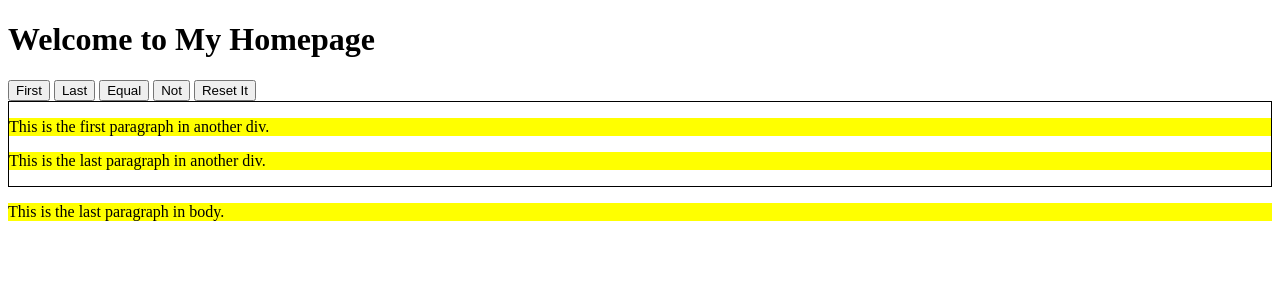
Repository: sudheerj/jQuery
Page: jQueryExamples/chapter03/Filtering.html
An editor plug-in stored every save of this project. The page is shown before and after a run of saves, followed by the edit.
The browser window is 1280 px wide. The pictures show the whole page.

Above is the page before, as saved 2016-10-21 03:50:47.

### jQueryExamples/chapter03/Filtering.html
<!DOCTYPE html>
<head>
	<title>jQuery Descendants</title>
	<script type="text/javascript" src="..\jquery\jquery-3.1.1.min.js"></script>

	<script>
		$(document).ready(function() {
			$("div p").first().css("background-color", "yellow");
			$("div p").last().css("background-color", "yellow");
			$("p").eq(1).css("background-color", "yellow");
			$("p").not(".intro").css("background-color", "yellow");
			$("#reset").click(function() {
				location.reload();
			});

		});
	</script>
</head>
<body>

	<h1>Welcome to My Homepage</h1>

	<button id="button1">
		First
	</button>
	<button id="button2">
		Last
	</button>
	<button id="button3">
		Equal
	</button>
	<button id="button4">
		Not
	</button>
	<button id="reset">
		Reset It
	</button>

	<div style="border: 1px solid black;">
		<p class="intro">
			This is the first paragraph in another div.
		</p>
		<p class="intro">
			This is the last paragraph in another div.
		</p>
	</div>

	<p>
		This is the last paragraph in body.
	</p>
</body>
</html>

Loaded but not shown: jQueryExamples/jquery/jquery-3.1.1.min.js (library)

After the next 2 saves:
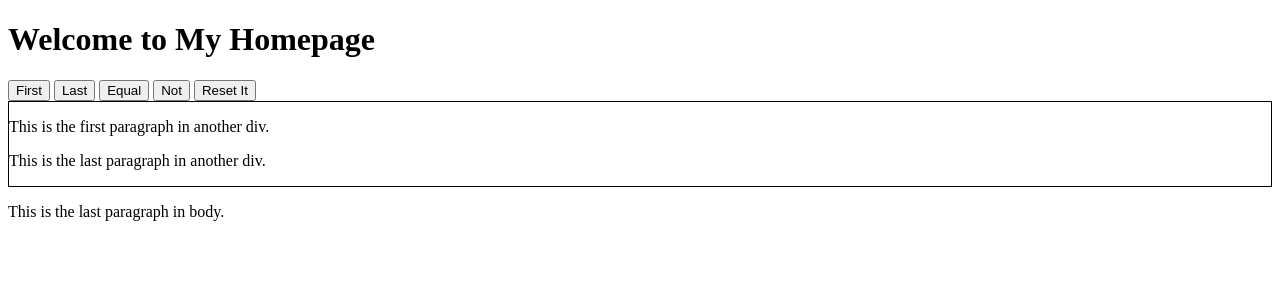
The 2 saves are shown as one change because they came seconds apart.
The last was saved 52 s later.
--- a/jQueryExamples/chapter03/Filtering.html
+++ b/jQueryExamples/chapter03/Filtering.html
@@ -5,10 +5,18 @@
 
 	<script>
 		$(document).ready(function() {
-			$("div p").first().css("background-color", "yellow");
-			$("div p").last().css("background-color", "yellow");
-			$("p").eq(1).css("background-color", "yellow");
-			$("p").not(".intro").css("background-color", "yellow");
+			$("#button8").click(function() {
+				$("div p").first().css("background-color", "yellow");
+			});
+			$("#button8").click(function() {
+				$("div p").last().css("background-color", "yellow");
+			});
+			$("#button8").click(function() {
+				$("p").eq(1).css("background-color", "yellow");
+			});
+			$("#button8").click(function() {
+				$("p").not(".intro").css("background-color", "yellow");
+			});
 			$("#reset").click(function() {
 				location.reload();
 			});
